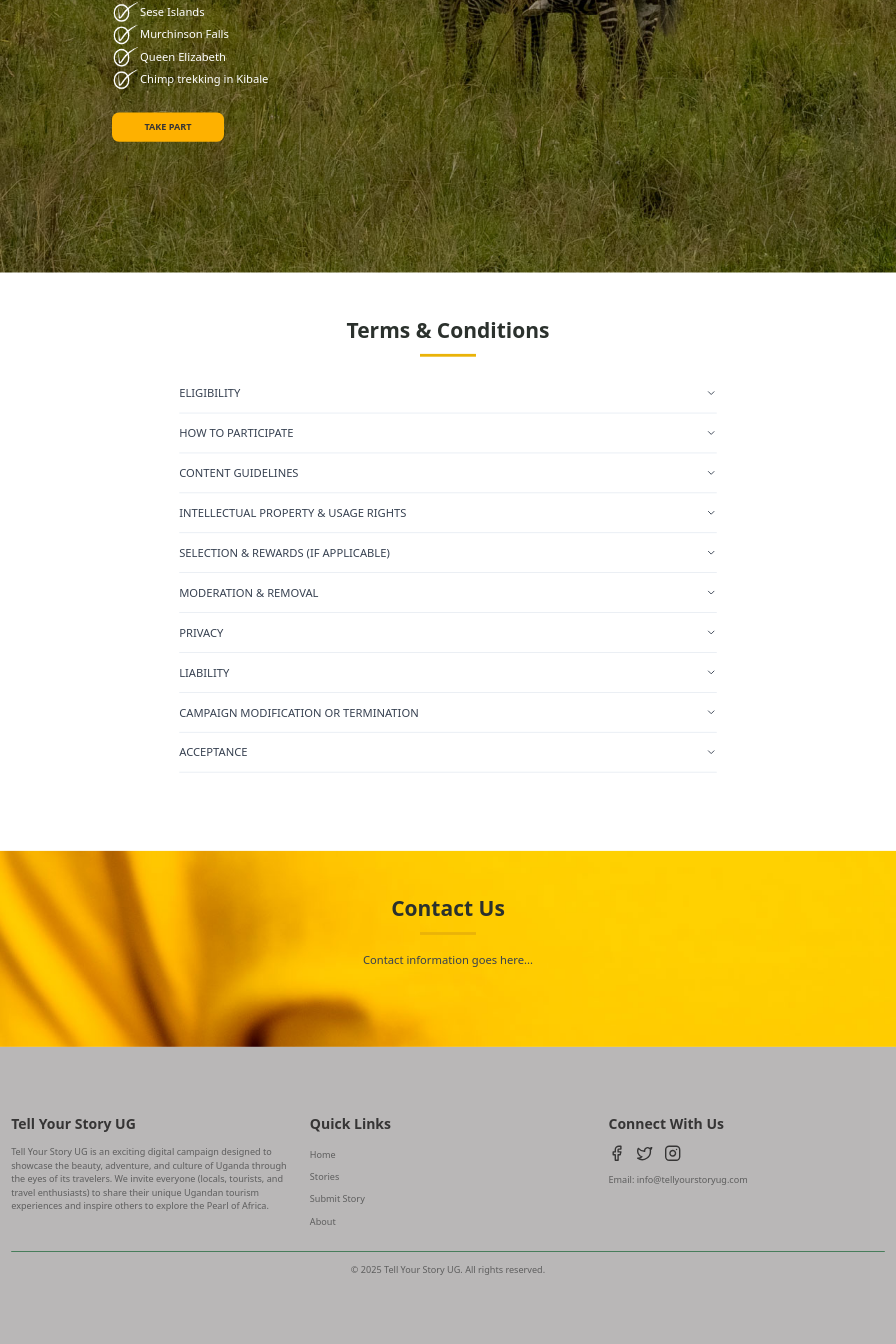
Repository: kaizoku010/take.part
Page: /
An editor plug-in stored every save of this project. The page is shown before and after the next save, followed by the edit.
The browser window is 1280 px wide. The pictures show the part of the page from y = 3022 to 4942 px (the page is 4942 px tall), at 70% of full size.
Backgrounds fixed to the window are drawn as part of the page. The project was rebuilt for these pictures with package versions that can differ from the ones it lists, and the page was loaded fresh each time. Also part of the build but not shown: vite.config.ts, src/components/ui/tooltip.tsx, src/pages/About.tsx, src/components/ui/input.tsx, src/pages/Stories.tsx, src/pages/StoryDetail.tsx, src/components/ui/use-toast.ts, src/components/ui/label.tsx and 3 more.

Above is the page before, as saved 2025-04-14 16:49:29.

### index.html

<!DOCTYPE html>
<html lang="en">
  <head>
    <meta charset="UTF-8" />
    <meta name="viewport" content="width=device-width, initial-scale=1.0" />
    <title>TAKE PART</title>
    <meta name="description" content="Share your Ugandan tourism experiences and inspire others to explore the Pearl of Africa" />
    <meta name="author" content="muneza dixon" />

    <meta property="og:title" content="Tell Your Story UG - Explore Uganda" />
    <meta property="og:description" content="Share your Ugandan tourism experiences and inspire others to explore the Pearl of Africa" />

    <!-- Meta Pixel Code -->
    <script>
    !function(f,b,e,v,n,t,s)
    {if(f.fbq)return;n=f.fbq=function(){n.callMethod?
    n.callMethod.apply(n,arguments):n.queue.push(arguments)};
    if(!f._fbq)f._fbq=n;n.push=n;n.loaded=!0;n.version='2.0';
    n.queue=[];t=b.createElement(e);t.async=!0;
    t.src=v;s=b.getElementsByTagName(e)[0];
    s.parentNode.insertBefore(t,s)}(window, document,'script',
    'https://connect.facebook.net/en_US/fbevents.js');
    fbq('init', '1846327909352916');
    fbq('track', 'PageView');
    </script>
    <!-- End Meta Pixel Code -->
  </head>

  <body>
    <div id="root"></div>
    <!-- Facebook Pixel noscript -->
    <noscript><img height="1" width="1" style="display:none"
    src="https://www.facebook.com/tr?id=1846327909352916&ev=PageView&noscript=1"
    /></noscript>
    <!-- IMPORTANT: DO NOT REMOVE THIS SCRIPT TAG OR THIS VERY COMMENT! -->
    <script src="https://cdn.gpteng.co/gptengineer.js" type="module"></script>
    <script type="module" src="/src/main.tsx"></script>
  </body>
</html>

### src/App.tsx

import { Toaster } from "@/components/ui/toaster";
import { Toaster as Sonner } from "@/components/ui/sonner";
import { TooltipProvider } from "@/components/ui/tooltip";
import { QueryClient, QueryClientProvider } from "@tanstack/react-query";
import { BrowserRouter, Routes, Route } from "react-router-dom";
import Home from "./pages/Home";
import About from "./pages/About";
import Stories from "./pages/Stories";
import StoryDetail from "./pages/StoryDetail";
import SubmitStory from "./pages/SubmitStory";
import NotFound from "./pages/NotFound";
import "./mdx.css";
import "./mobile.css"

const queryClient = new QueryClient();

const App = () => (
  <QueryClientProvider client={queryClient}>
    <TooltipProvider>
      <Toaster />
      <Sonner />
      <BrowserRouter>
        <Routes>
          <Route path="/" element={<Home />} />
          <Route path="/about" element={<About />} />
          <Route path="/stories" element={<Stories />} />
          <Route path="/stories/:id" element={<StoryDetail />} />
          <Route path="/submit-story" element={<SubmitStory />} />
          {/* ADD ALL CUSTOM ROUTES ABOVE THE CATCH-ALL "*" ROUTE */}
          <Route path="*" element={<NotFound />} />
        </Routes>
      </BrowserRouter>
    </TooltipProvider>
  </QueryClientProvider>
);

export default App;

### src/index.css
@tailwind base;
@tailwind components;
@tailwind utilities;

@layer base {
  :root {
    --background: 0 0% 100%;
    --foreground: 222.2 84% 4.9%;

    --card: 0 0% 100%;
    --card-foreground: 222.2 84% 4.9%;

    --popover: 0 0% 100%;
    --popover-foreground: 222.2 84% 4.9%;

    /* Main Orange/Gold */
    --primary: 41.81 100% 49.8%;
    --primary-foreground: 210 40% 98%;

    /* Rust Red */
    --secondary: 5.38 63.88% 44.51%;
    --secondary-foreground: 210 40% 98%;

    /* Change accent to Rust Red */
    --accent: 5.38 63.88% 44.51%;
    --accent-foreground: 210 40% 98%;

    --muted: 210 40% 96.1%;
    --muted-foreground: 215.4 16.3% 46.9%;

    --destructive: 0 84.2% 60.2%;
    --destructive-foreground: 210 40% 98%;

    --border: 214.3 31.8% 91.4%;
    --input: 214.3 31.8% 91.4%;
    --ring: 5.38 63.88% 44.51%;  /* Changed to Rust Red */

    --radius: 0.5rem;

    --sidebar-background: 0 0% 98%;

    --sidebar-foreground: 240 5.3% 26.1%;

    --sidebar-primary: 240 5.9% 10%;

    --sidebar-primary-foreground: 0 0% 98%;

    --sidebar-accent: 240 4.8% 95.9%;

    --sidebar-accent-foreground: 240 5.9% 10%;

    --sidebar-border: 220 13% 91%;

    --sidebar-ring: 217.2 91.2% 59.8%;
  }

  .dark {
    --background: 222.2 84% 4.9%;
    --foreground: 210 40% 98%;

    --card: 222.2 84% 4.9%;
    --card-foreground: 210 40% 98%;

    --popover: 222.2 84% 4.9%;
    --popover-foreground: 210 40% 98%;

    /* Main Orange/Gold */
    --primary: 41.81 100% 49.8%;
    --primary-foreground: 210 40% 98%;

    /* Rust Red */
    --secondary: 5.38 63.88% 44.51%;
    --secondary-foreground: 210 40% 98%;

    /* Change accent to Rust Red */
    --accent: 5.38 63.88% 44.51%;
    --accent-foreground: 210 40% 98%;

    --muted: 217.2 32.6% 17.5%;
    --muted-foreground: 215 20.2% 65.1%;

    --destructive: 0 62.8% 30.6%;
    --destructive-foreground: 210 40% 98%;

    --border: 217.2 32.6% 17.5%;
    --input: 217.2 32.6% 17.5%;
    --ring: 5.38 63.88% 44.51%;  /* Changed to Rust Red */
    --sidebar-background: 240 5.9% 10%;
    --sidebar-foreground: 240 4.8% 95.9%;
    --sidebar-primary: 224.3 76.3% 48%;
    --sidebar-primary-foreground: 0 0% 100%;
    --sidebar-accent: 240 3.7% 15.9%;
    --sidebar-accent-foreground: 240 4.8% 95.9%;
    --sidebar-border: 240 3.7% 15.9%;
    --sidebar-ring: 217.2 91.2% 59.8%;
  }
}

@layer base {
  * {
    @apply border-border;
  }

  body {
    @apply bg-background text-foreground;
  }
}

### src/components/ui/toaster.tsx
import { useToast } from "@/hooks/use-toast"
import {
  Toast,
  ToastClose,
  ToastDescription,
  ToastProvider,
  ToastTitle,
  ToastViewport,
} from "@/components/ui/toast"

export function Toaster() {
  const { toasts } = useToast()

  return (
    <ToastProvider>
      {toasts.map(function ({ id, title, description, action, ...props }) {
        return (
          <Toast key={id} {...props}>
            <div className="grid gap-1">
              {title && <ToastTitle>{title}</ToastTitle>}
              {description && (
                <ToastDescription>{description}</ToastDescription>
              )}
            </div>
            {action}
            <ToastClose />
          </Toast>
        )
      })}
      <ToastViewport />
    </ToastProvider>
  )
}

### src/components/ui/sonner.tsx
import { useTheme } from "next-themes"
import { Toaster as Sonner, toast } from "sonner"

type ToasterProps = React.ComponentProps<typeof Sonner>

const Toaster = ({ ...props }: ToasterProps) => {
  const { theme = "system" } = useTheme()

  return (
    <Sonner
      theme={theme as ToasterProps["theme"]}
      className="toaster group"
      toastOptions={{
        classNames: {
          toast:
            "group toast group-[.toaster]:bg-background group-[.toaster]:text-foreground group-[.toaster]:border-border group-[.toaster]:shadow-lg",
          description: "group-[.toast]:text-muted-foreground",
          actionButton:
            "group-[.toast]:bg-primary group-[.toast]:text-primary-foreground",
          cancelButton:
            "group-[.toast]:bg-muted group-[.toast]:text-muted-foreground",
        },
      }}
      {...props}
    />
  )
}

export { Toaster, toast }

### src/mdx.css
#hero-text{
    font-size: 1.2rem !important;
    line-height: unset !important;
}

#logo{
    width: 6rem !important;
}

#nav{
    background-color: white !important;

}

#link{
    font-size: small !important;
    font-weight: 500;
color:rgba(0, 0, 0, 0.658) !important;
}


.bg-green-800{
    background-color: #ba3629 !important;
}

.bg-yellow-800{
    background-color: rgb(254, 177, 0) !important;
}


.bg-yellow-dx{
    background-color: rgb(254, 177, 0) !important;
}

.bg-green-900 {
    color: rgb(54, 53, 53) !important;
background-color: rgb(185, 183, 183) !important;
}


.text-green-800 {
    --tw-text-opacity: 1;
    color: rgb(43 49 45) !important;
}


.text-gray-hound{
    font-size: small;
    color: rgb(94, 94, 94) !important;
}


#carousel-section{
    padding-top: 5rem;
    padding-bottom: 5rem;
    background-color: #feb100 !important;
}

.bg-background {
    background-color: #212120 !important;
}

#prizes-section{
    height: 40rem !important;
    display: flex;
    padding-left: 10rem;
    background-position: bottom;
    background-attachment: fixed;
    width: 100%;
    background-image: url("../src/media/zebs.jpg");
}


.content-prizes{
display: flex;
/* background-color: red; */
width: 100%;
flex-direction: column;
justify-content: center;
}

.content-prizes-2{
display: flex;
background-color: transparent;
width: 100%;
flex-direction: column;
}

.win-title{

    font-weight: 800;
    font-size: 2rem;
    margin-bottom: 1rem;
    color: white;
}

.prize{
    display: flex;

    /* margin-bottom: 1rem; */
    font-weight: 200;
    /* font-size: 2rem; */
    align-items: center;
    color: white;
}

.prize img{
    width: 2.5rem;
    height: 2rem;
}


.take-part{
    background-color: #feb100;
    color: rgb(54, 52, 52);
    padding: 0.7rem;
    margin-top: 2rem;
    width: 10rem;
    font-weight: bold;
    font-size: small;
    border-radius: 10px;

}

.take-part:hover{
    color: white !important;
background-color: #ba3629 !important;
}


#vist-ug{
    background-color: #ba3629 !important;
}


#vist-ug:hover{
    background-color: transparent !important;
}


#footer{
    padding-top: 6rem;
    padding-bottom: 6rem;
}

#cta{
    height: 30rem;
    display: flex;
    flex-direction: column;
    justify-content: center;
    /* padding-top: 5rem !important;
    padding-bottom: 5rem !important; */
}


#contact{
    background-image: url("../src/media/call.jpg");
}

### src/mobile.css
@media (max-width: 768px) {
    header {
      padding: 0.5rem 0;
    }

    .mobile-menu {
      position: absolute;
      top: 100%;
      left: 0;
      right: 0;
      background-color: #166534; /* green-800 */
      padding: 1rem;
      box-shadow: 0 2px 4px rgba(0,0,0,0.1);
    }

    .mobile-menu a {
      display: block;
      padding: 0.75rem 1rem;
      color: white;
      border-bottom: 1px solid rgba(255,255,255,0.1);
    }

    .mobile-menu a:last-child {
      border-bottom: none;
    }
  }

### src/components/ui/button.tsx
import * as React from "react"
import { Slot } from "@radix-ui/react-slot"
import { cva, type VariantProps } from "class-variance-authority"

import { cn } from "@/lib/utils"

const buttonVariants = cva(
  "inline-flex items-center justify-center gap-2 whitespace-nowrap rounded-md text-sm font-medium ring-offset-background transition-colors focus-visible:outline-none focus-visible:ring-2 focus-visible:ring-ring focus-visible:ring-offset-2 disabled:pointer-events-none disabled:opacity-50 [&_svg]:pointer-events-none [&_svg]:size-4 [&_svg]:shrink-0",
  {
    variants: {
      variant: {
        default: "bg-primary text-primary-foreground hover:bg-primary/90",
        destructive:
          "bg-destructive text-destructive-foreground hover:bg-destructive/90",
        outline:
          "border border-input bg-background hover:bg-accent hover:text-accent-foreground",
        secondary:
          "bg-secondary text-secondary-foreground hover:bg-secondary/80",
        ghost: "hover:bg-accent hover:text-accent-foreground",
        link: "text-primary underline-offset-4 hover:underline",
      },
      size: {
        default: "h-10 px-4 py-2",
        sm: "h-9 rounded-md px-3",
        lg: "h-11 rounded-md px-8",
        icon: "h-10 w-10",
      },
    },
    defaultVariants: {
      variant: "default",
      size: "default",
    },
  }
)

export interface ButtonProps
  extends React.ButtonHTMLAttributes<HTMLButtonElement>,
    VariantProps<typeof buttonVariants> {
  asChild?: boolean
}

const Button = React.forwardRef<HTMLButtonElement, ButtonProps>(
  ({ className, variant, size, asChild = false, ...props }, ref) => {
    const Comp = asChild ? Slot : "button"
    return (
      <Comp
        className={cn(buttonVariants({ variant, size, className }))}
        ref={ref}
        {...props}
      />
    )
  }
)
Button.displayName = "Button"

export { Button, buttonVariants }

### src/components/ui/card.tsx
import * as React from "react"

import { cn } from "@/lib/utils"

const Card = React.forwardRef<
  HTMLDivElement,
  React.HTMLAttributes<HTMLDivElement>
>(({ className, ...props }, ref) => (
  <div
    ref={ref}
    className={cn(
      "rounded-lg border bg-card text-card-foreground shadow-sm",
      className
    )}
    {...props}
  />
))
Card.displayName = "Card"

const CardHeader = React.forwardRef<
  HTMLDivElement,
  React.HTMLAttributes<HTMLDivElement>
>(({ className, ...props }, ref) => (
  <div
    ref={ref}
    className={cn("flex flex-col space-y-1.5 p-6", className)}
    {...props}
  />
))
CardHeader.displayName = "CardHeader"

const CardTitle = React.forwardRef<
  HTMLParagraphElement,
  React.HTMLAttributes<HTMLHeadingElement>
>(({ className, ...props }, ref) => (
  <h3
    ref={ref}
    className={cn(
      "text-2xl font-semibold leading-none tracking-tight",
      className
    )}
    {...props}
  />
))
CardTitle.displayName = "CardTitle"

const CardDescription = React.forwardRef<
  HTMLParagraphElement,
  React.HTMLAttributes<HTMLParagraphElement>
>(({ className, ...props }, ref) => (
  <p
    ref={ref}
    className={cn("text-sm text-muted-foreground", className)}
    {...props}
  />
))
CardDescription.displayName = "CardDescription"

const CardContent = React.forwardRef<
  HTMLDivElement,
  React.HTMLAttributes<HTMLDivElement>
>(({ className, ...props }, ref) => (
  <div ref={ref} className={cn("p-6 pt-0", className)} {...props} />
))
CardContent.displayName = "CardContent"

const CardFooter = React.forwardRef<
  HTMLDivElement,
  React.HTMLAttributes<HTMLDivElement>
>(({ className, ...props }, ref) => (
  <div
    ref={ref}
    className={cn("flex items-center p-6 pt-0", className)}
    {...props}
  />
))
CardFooter.displayName = "CardFooter"

export { Card, CardHeader, CardFooter, CardTitle, CardDescription, CardContent }

### src/components/layout/Layout.tsx

import { ReactNode } from "react";
import Header from "./Header";
import Footer from "./Footer";

interface LayoutProps {
  children: ReactNode;
}

const Layout = ({ children }: LayoutProps) => {
  return (
    <div className="flex flex-col min-h-screen">
      <Header />
      <main className="flex-grow">
        {children}
      </main>
      <Footer />
    </div>
  );
};

export default Layout;

### src/components/ui/accordion.tsx
import * as React from "react"
import * as AccordionPrimitive from "@radix-ui/react-accordion"
import { ChevronDown } from "lucide-react"

import { cn } from "@/lib/utils"

const Accordion = AccordionPrimitive.Root

const AccordionItem = React.forwardRef<
  React.ElementRef<typeof AccordionPrimitive.Item>,
  React.ComponentPropsWithoutRef<typeof AccordionPrimitive.Item>
>(({ className, ...props }, ref) => (
  <AccordionPrimitive.Item
    ref={ref}
    className={cn("border-b", className)}
    {...props}
  />
))
AccordionItem.displayName = "AccordionItem"

const AccordionTrigger = React.forwardRef<
  React.ElementRef<typeof AccordionPrimitive.Trigger>,
  React.ComponentPropsWithoutRef<typeof AccordionPrimitive.Trigger>
>(({ className, children, ...props }, ref) => (
  <AccordionPrimitive.Header className="flex">
    <AccordionPrimitive.Trigger
      ref={ref}
      className={cn(
        "flex flex-1 items-center justify-between py-4 font-medium transition-all hover:underline [&[data-state=open]>svg]:rotate-180",
        className
      )}
      {...props}
    >
      {children}
      <ChevronDown className="h-4 w-4 shrink-0 transition-transform duration-200" />
    </AccordionPrimitive.Trigger>
  </AccordionPrimitive.Header>
))
AccordionTrigger.displayName = AccordionPrimitive.Trigger.displayName

const AccordionContent = React.forwardRef<
  React.ElementRef<typeof AccordionPrimitive.Content>,
  React.ComponentPropsWithoutRef<typeof AccordionPrimitive.Content>
>(({ className, children, ...props }, ref) => (
  <AccordionPrimitive.Content
    ref={ref}
    className="overflow-hidden text-sm transition-all data-[state=closed]:animate-accordion-up data-[state=open]:animate-accordion-down"
    {...props}
  >
    <div className={cn("pb-4 pt-0", className)}>{children}</div>
  </AccordionPrimitive.Content>
))

AccordionContent.displayName = AccordionPrimitive.Content.displayName

export { Accordion, AccordionItem, AccordionTrigger, AccordionContent }

### src/components/layout/Footer.tsx

import { Facebook, Instagram, Twitter } from "lucide-react";
import { Link } from "react-router-dom";

const Footer = () => {
  return (
    <footer id="footer" className="bg-green-900 text-white py-10">
      <div className="container mx-auto px-4">
        <div className="grid grid-cols-1 md:grid-cols-3 gap-8">
          <div>
            <h3 className="text-xl font-bold mb-4">Tell Your Story UG</h3>
            <p className="text-gray-300 text-gray-hound">
            Tell Your Story UG is an exciting digital campaign designed to showcase the beauty, adventure, and culture of Uganda through the eyes of its travelers. We invite everyone (locals, tourists, and travel enthusiasts) to share their unique Ugandan tourism experiences and inspire others to explore the Pearl of Africa.
                        </p>
          </div>

          <div>
            <h3 className="text-xl font-bold mb-4">Quick Links</h3>
            <ul className="space-y-2">
              <li><Link to="/" className="text-gray-hound text-gray-300 hover:text-yellow-400 transition-colors">Home</Link></li>
              <li><Link to="/stories" className="text-gray-hound text-gray-300 hover:text-yellow-400 transition-colors">Stories</Link></li>
              <li><Link to="/submit-story" className="text-gray-hound text-gray-300 hover:text-yellow-400 transition-colors">Submit Story</Link></li>
              <li><Link to="/about" className="text-gray-hound text-gray-300 hover:text-yellow-400 transition-colors">About</Link></li>
            </ul>
          </div>

          <div>
            <h3 className="text-xl font-bold mb-4">Connect With Us</h3>
            <div className="flex space-x-4">
              <a href="https://facebook.com" target="_blank" rel="noopener noreferrer" className="hover:text-yellow-400 transition-colors">
                <Facebook size={24} />
              </a>
              <a href="https://twitter.com" target="_blank" rel="noopener noreferrer" className="hover:text-yellow-400 transition-colors">
                <Twitter size={24} />
              </a>
              <a href="https://instagram.com" target="_blank" rel="noopener noreferrer" className="hover:text-yellow-400 transition-colors">
                <Instagram size={24} />
              </a>
            </div>
            <p className="mt-4 text-gray-300 text-gray-hound">
              Email: <a href="mailto:info@tellyourstoryug.com" className="text-gray-hound hover:text-yellow-400 transition-colors">info@tellyourstoryug.com</a>
            </p>
          </div>
        </div>

        <div className="mt-8 pt-4 border-t border-green-800 text-center text-gray-300 text-gray-hound">
          <p>&copy; {new Date().getFullYear()} Tell Your Story UG. All rights reserved.</p>
        </div>
      </div>
    </footer>
  );
};

export default Footer;

### tailwind.config.ts
import type { Config } from "tailwindcss";

export default {
	darkMode: ["class"],
	content: [
		"./pages/**/*.{ts,tsx}",
		"./components/**/*.{ts,tsx}",
		"./app/**/*.{ts,tsx}",
		"./src/**/*.{ts,tsx}",
	],
	prefix: "",
	theme: {
		container: {
			center: true,
			padding: '2rem',
			screens: {
				'2xl': '1400px'
			}
		},
		extend: {
			colors: {
				main: 'hsl(41.81, 100%, 49.8%)',    // Orange/Gold
				accent: 'hsl(5.38, 63.88%, 44.51%)', // Rust Red
				border: 'hsl(var(--border))',
				input: 'hsl(var(--input))',
				ring: 'hsl(var(--ring))',
				background: 'hsl(var(--background))',
				foreground: 'hsl(var(--foreground))',
				primary: {
					DEFAULT: 'hsl(var(--primary))',
					foreground: 'hsl(var(--primary-foreground))'
				},
				secondary: {
					DEFAULT: 'hsl(var(--secondary))',
					foreground: 'hsl(var(--secondary-foreground))'
				},
				destructive: {
					DEFAULT: 'hsl(var(--destructive))',
					foreground: 'hsl(var(--destructive-foreground))'
				},
				muted: {
					DEFAULT: 'hsl(var(--muted))',
					foreground: 'hsl(var(--muted-foreground))'
				},
				// accent: {
				// 	DEFAULT: 'hsl(var(--accent))',
				// 	foreground: 'hsl(var(--accent-foreground))'
				// },
				popover: {
					DEFAULT: 'hsl(var(--popover))',
					foreground: 'hsl(var(--popover-foreground))'
				},
				card: {
					DEFAULT: 'hsl(var(--card))',
					foreground: 'hsl(var(--card-foreground))'
				},
				sidebar: {
					DEFAULT: 'hsl(var(--sidebar-background))',
					foreground: 'hsl(var(--sidebar-foreground))',
					primary: 'hsl(var(--sidebar-primary))',
					'primary-foreground': 'hsl(var(--sidebar-primary-foreground))',
					accent: 'hsl(var(--sidebar-accent))',
					'accent-foreground': 'hsl(var(--sidebar-accent-foreground))',
					border: 'hsl(var(--sidebar-border))',
					ring: 'hsl(var(--sidebar-ring))'
				}
			},
			borderRadius: {
				lg: 'var(--radius)',
				md: 'calc(var(--radius) - 2px)',
				sm: 'calc(var(--radius) - 4px)'
			},
			keyframes: {
				'accordion-down': {
					from: {
						height: '0'
					},
					to: {
						height: 'var(--radix-accordion-content-height)'
					}
				},
				'accordion-up': {
					from: {
						height: 'var(--radix-accordion-content-height)'
					},
					to: {
						height: '0'
					}
				}
			},
			animation: {
				'accordion-down': 'accordion-down 0.2s ease-out',
				'accordion-up': 'accordion-up 0.2s ease-out'
			}
		}
	},
	plugins: [require("tailwindcss-animate")],
} satisfies Config;

Loaded but not shown: src/main.tsx (common file); src/hooks/use-toast.ts (common file); src/lib/utils.ts (common file); src/pages/Home.tsx (613 lines, source omitted); src/components/ui/carousel.tsx (260 lines, source omitted); src/components/ui/toast.tsx (127 lines, source omitted); src/components/layout/Header.tsx (66 lines, source omitted)

After the next save:
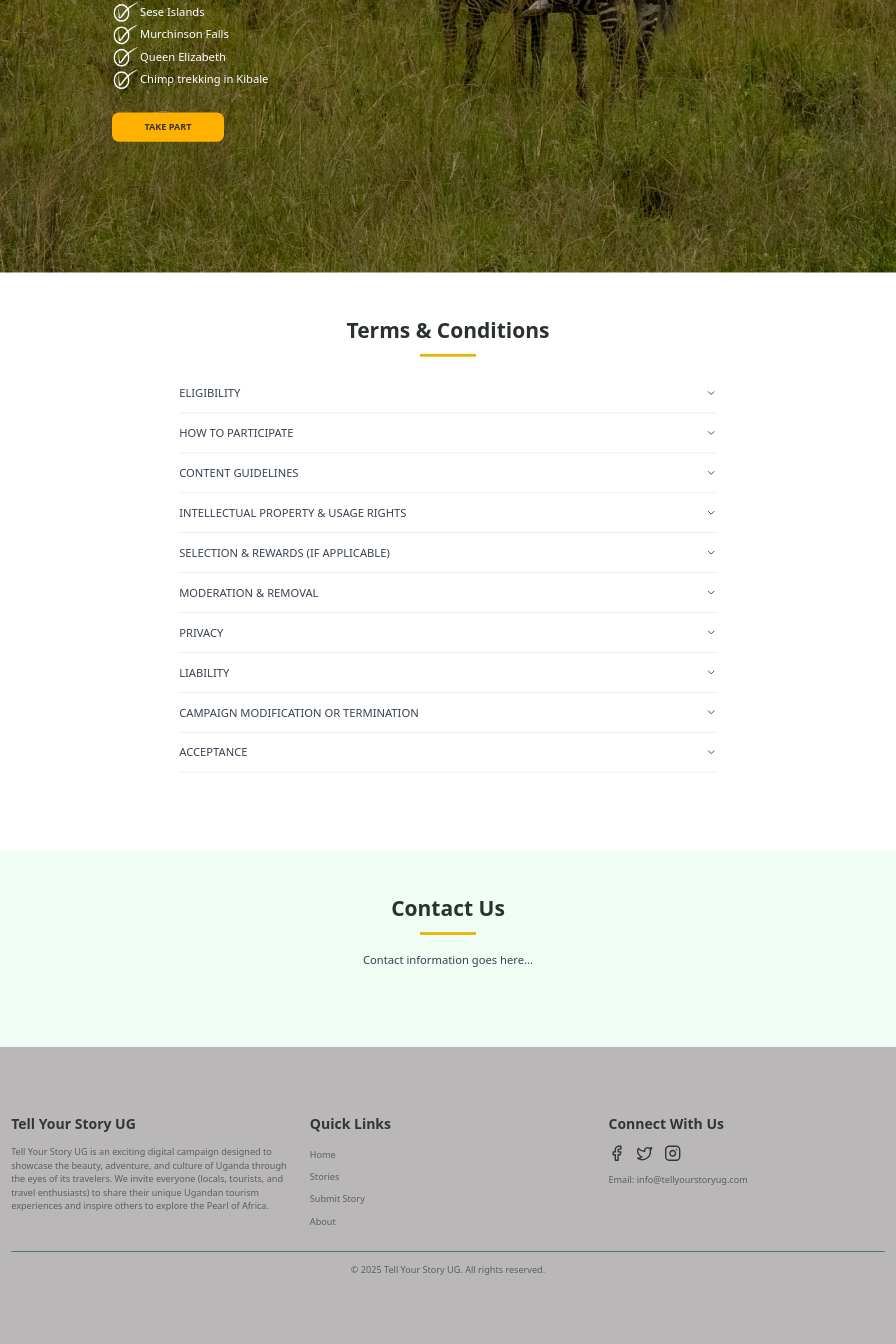
Saved 5 s later.
--- a/src/mdx.css
+++ b/src/mdx.css
@@ -154,5 +154,5 @@ background-color: #ba3629 !important;
 
 
 #contact{
-    background-image: url("../src/media/call.jpg");
+    /* background-image: url("../src/media/call.jpg"); */
 }
